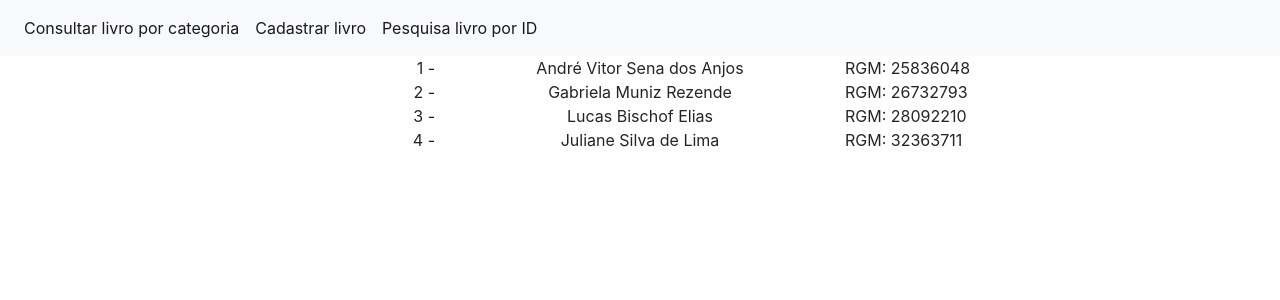
Repository: SrtaVerdant/projeto-livraria
Page: http://localhost/ProjetoLivraria/
These files come from the project's save history. The page is drawn as it stood at one moment and after the next save; the edit follows.
The browser window is 1280 px wide. The pictures show the whole page.
Some web libraries are served in a nearby version. The page is served by Tomcat 9. Other server files are loaded and not shown.

Above is the page before, as saved 2022-10-30 14:52:03.

### ProjetoLivraria/src/main/webapp/index.jsp
<%@ page language="java" contentType="text/html; charset=UTF-8"
    pageEncoding="UTF-8"%>
<!DOCTYPE html>
<html>
	<head>
		<meta charset="UTF-8">
		<link rel="stylesheet" href="https://cdn.jsdelivr.net/npm/bootstrap@4.0.0/dist/css/bootstrap.min.css" integrity="sha384-Gn5384xqQ1aoWXA+058RXPxPg6fy4IWvTNh0E263XmFcJlSAwiGgFAW/dAiS6JXm" crossorigin="anonymous">
		<script src="https://code.jquery.com/jquery-3.2.1.slim.min.js" integrity="sha384-KJ3o2DKtIkvYIK3UENzmM7KCkRr/rE9/Qpg6aAZGJwFDMVNA/GpGFF93hXpG5KkN" crossorigin="anonymous"></script>
		<script src="https://cdn.jsdelivr.net/npm/popper.js@1.12.9/dist/umd/popper.min.js" integrity="sha384-ApNbgh9B+Y1QKtv3Rn7W3mgPxhU9K/ScQsAP7hUibX39j7fakFPskvXusvfa0b4Q" crossorigin="anonymous"></script>
		<script src="https://cdn.jsdelivr.net/npm/bootstrap@4.0.0/dist/js/bootstrap.min.js" integrity="sha384-JZR6Spejh4U02d8jOt6vLEHfe/JQGiRRSQQxSfFWpi1MquVdAyjUar5+76PVCmYl" crossorigin="anonymous"></script>
		<title>Membros do projeto</title>
	</head>

	<style>
		.textodireita{
			text-align: right;
		}

		.textocentro{
			text-align: center;
		}
	</style>

	<body>
	<nav class="navbar navbar-expand-lg navbar-light bg-light">
	  <div class="collapse navbar-collapse" id="navbarNav">
	    <ul class="navbar-nav">
	   		<li class="nav-item active">
	        <a class="nav-link" href="listaLivroPorCategoria.jsp">Consultar livro por categoria</a>
	      </li>
	      <li class="nav-item active">
	        <a class="nav-link" href="adicionar.jsp">Cadastrar livro</a>
	      </li>
	      <li class="nav-item active">
	        <a class="nav-link" href="#">Pesquisa livro por ID</a>
	      </li>
	    </ul>
	  </div>
	</nav>
		<div class="container">
		 	 <div class="row">
			    <div class="textodireita col">1 - </div>
			    <div class="textocentro col-4">André Vitor Sena dos Anjos</div>
			    <div class="col">RGM: 25836048</div>
			  </div>
			  <div class="row">
			    <div class="textodireita col">2 - </div>
			    <div class="textocentro col-4">Gabriela Muniz Rezende</div>
			    <div class="col">RGM: 26732793</div>
		  	</div>
		  	<div class="row">
			    <div class="textodireita col">3 - </div>
			    <div class="textocentro col-4">Lucas Bischof Elias</div>
			    <div class="col">RGM: 28092210</div>
		  	</div>
		  	<div class="row">
			    <div class="textodireita col">4 - </div>
			    <div class="textocentro col-4">Juliane Silva de Lima</div>
			    <div class="col">RGM: 32363711</div>
		  	</div>
		</div>
	</body>

</html>

After the next save:
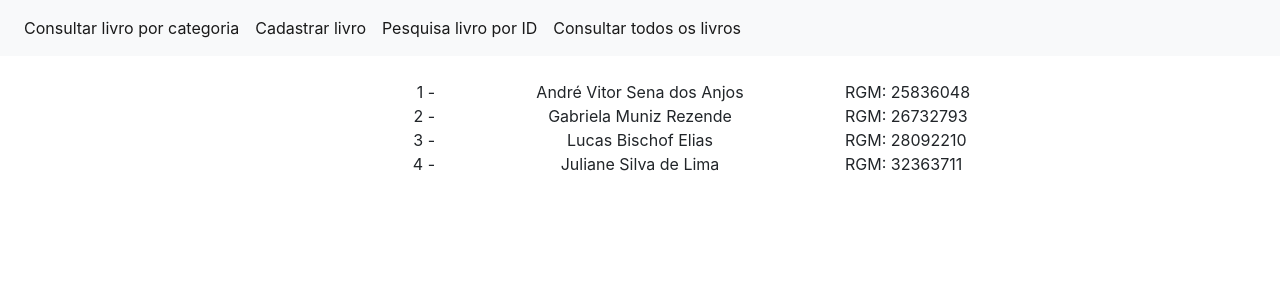
Saved 30 s later.
--- a/ProjetoLivraria/src/main/webapp/index.jsp
+++ b/ProjetoLivraria/src/main/webapp/index.jsp
@@ -26,19 +26,22 @@
 	  <div class="collapse navbar-collapse" id="navbarNav">
 	    <ul class="navbar-nav">
 	   		<li class="nav-item active">
-	        <a class="nav-link" href="listaLivroPorCategoria.jsp">Consultar livro por categoria</a>
-	      </li>
-	      <li class="nav-item active">
-	        <a class="nav-link" href="adicionar.jsp">Cadastrar livro</a>
-	      </li>
-	      <li class="nav-item active">
-	        <a class="nav-link" href="#">Pesquisa livro por ID</a>
-	      </li>
+	        	<a class="nav-link" href="listaLivroPorCategoria.jsp">Consultar livro por categoria</a>
+	      	</li>
+	      	<li class="nav-item active">
+	        	<a class="nav-link" href="adicionar.jsp">Cadastrar livro</a>
+	      	</li>
+	      	<li class="nav-item active">
+	        	<a class="nav-link" href="pesquisaLivroPorId.jsp">Pesquisa livro por ID</a>
+	      	</li>
+	      	<li class="nav-item active">
+        		<a class="nav-link" href="consultar.jsp">Consultar todos os livros</a>
+      		</li>
 	    </ul>
 	  </div>
 	</nav>
 		<div class="container">
-		 	 <div class="row">
+		 	 <div class="row mt-4">
 			    <div class="textodireita col">1 - </div>
 			    <div class="textocentro col-4">André Vitor Sena dos Anjos</div>
 			    <div class="col">RGM: 25836048</div>
